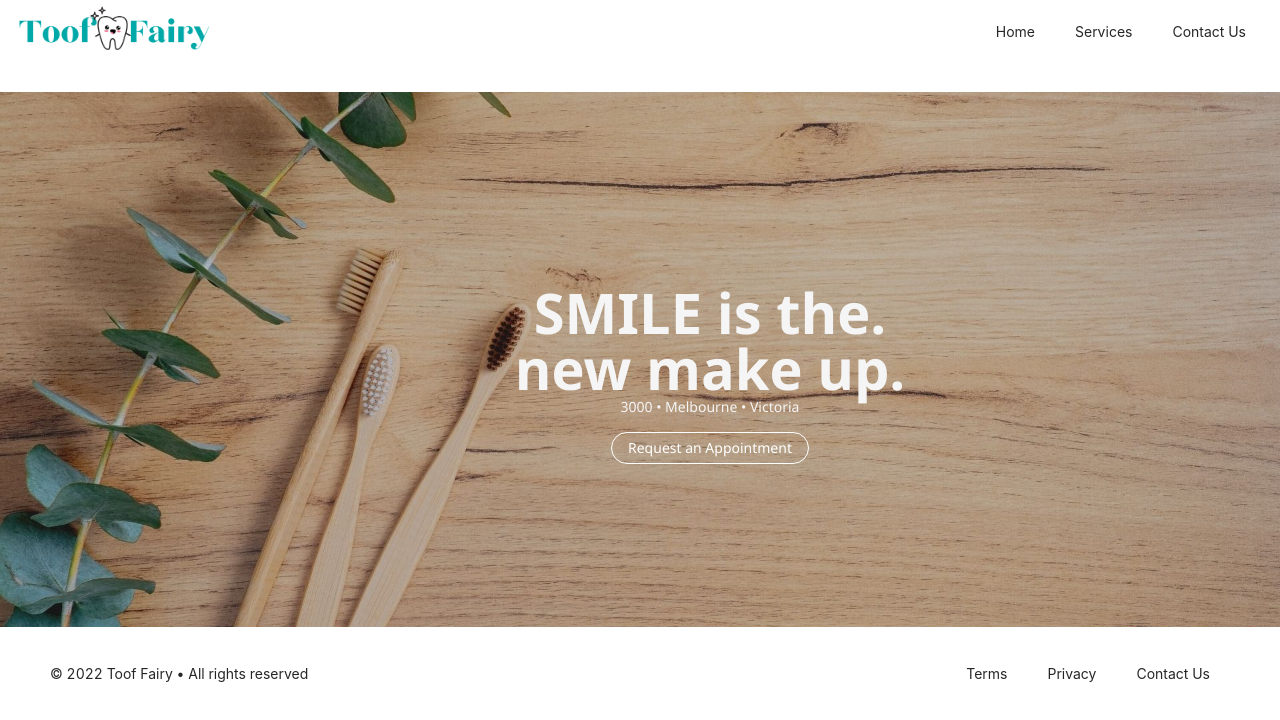
Repository: neldad1/dentist-app
Page: /
An editor plug-in stored every save of this project. The page is shown before and after the next save, followed by the edit.
The browser window is 1280 px wide. The pictures show the whole page.
The project was rebuilt for these pictures with package versions that can differ from the ones it lists, and the page was loaded fresh each time. Also part of the build but not shown: src/components/Contact.jsx, src/components/Services/ToofImg.jsx, src/components/Services/Cosmetic.jsx, src/components/Services/Restorative.jsx, src/components/Services/Preventative.jsx, src/components/Footer/Terms.jsx, src/components/Footer/Privacy.jsx.

Above is the page before, as saved 2022-03-10 14:56:33.

### public/index.html
<!DOCTYPE html>
<html lang="en">
  <head>
    <meta charset="utf-8" />
    <link rel="icon" href="%PUBLIC_URL%/favicon.svg" type="image/svg+xml">
    <meta name="viewport" content="width=device-width, initial-scale=1" />
    <meta name="theme-color" content="#000000" />
    <meta
      name="description"
      content="Web site created using create-react-app"
    />
    <link rel="apple-touch-icon" href="%PUBLIC_URL%/logo192.png" />
    <!--
      manifest.json provides metadata used when your web app is installed on a
      user's mobile device or desktop. See https://developers.google.com/web/fundamentals/web-app-manifest/
    -->
    <link rel="manifest" href="%PUBLIC_URL%/manifest.json" />
    <!--
      Notice the use of %PUBLIC_URL% in the tags above.
      It will be replaced with the URL of the `public` folder during the build.
      Only files inside the `public` folder can be referenced from the HTML.

      Unlike "/favicon.ico" or "favicon.ico", "%PUBLIC_URL%/favicon.ico" will
      work correctly both with client-side routing and a non-root public URL.
      Learn how to configure a non-root public URL by running `npm run build`.
    -->
    <title>React App</title>
  </head>
  <body>
    <noscript>You need to enable JavaScript to run this app.</noscript>
    <div id="root"></div>
    <!--
      This HTML file is a template.
      If you open it directly in the browser, you will see an empty page.

      You can add webfonts, meta tags, or analytics to this file.
      The build step will place the bundled scripts into the <body> tag.

      To begin the development, run `npm start` or `yarn start`.
      To create a production bundle, use `npm run build` or `yarn build`.
    -->
  </body>
</html>

### src/index.js
import React from 'react';
import ReactDOM from 'react-dom';
import './index.css';
import App from './App';
import reportWebVitals from './reportWebVitals';

ReactDOM.render(
  //<React.StrictMode>
  <App />,
  //</React.StrictMode>,
  document.getElementById('root')
);

// If you want to start measuring performance in your app, pass a function
// to log results (for example: reportWebVitals(console.log))
// or send to an analytics endpoint. Learn more: https://bit.ly/CRA-vitals
reportWebVitals();

### src/App.js
import { BrowserRouter } from 'react-router-dom';

import 'antd/dist/antd.min.css';
import './App.css';
import AppRoutes from './AppRoutes';
import { Layout } from 'antd';
import HeaderLogo from './components/Header/HeaderLogo';
import Navigation from './components/Header/Navigation';
import FooterMenu from './components/Footer/FooterMenu';
const { Header, Footer, Content } = Layout;

function App() {
  return (
    <BrowserRouter>
      <Layout className="layout">
        <Header className="header">
          <HeaderLogo />
          <Navigation />
        </Header>
        <Content>
          <AppRoutes />
        </Content>
        <Footer className="footer">
          <span>© 2022 Toof Fairy • All rights reserved </span>
          <FooterMenu />
        </Footer>
      </Layout>
    </BrowserRouter>
  );
}

export default App;

### src/App.css

h1 {
  font-size: 2.5em;
}

.layout {
  height: 100vh;
  width: 100vw;
  text-align: center;
  background: #fff;
}

.header {
  background: #fff;
  padding: 0 1em;
}

.menu {
  flex: 1;
  border: none;
  display: flex;
  align-items: center;
  justify-content: flex-end;
}

.logo {
  width: 200px;
  height: 50px;
  float: left;
  margin-top: 4px;
}

.footer {
  background: #fff;
  display: flex;
  align-items: center;
}

.intro-wrapper {
  text-align: center;
}

.home {
  width: 100%;
  height: 100%;
  margin: 2em 0;
  display: flex;
  justify-content: center;
  align-items: center;
  background-image: url('/public/tfBackground.jpg');
  background-size: cover;
  background-repeat: no-repeat;
}

.content-wrapper {
  width: 50%;
  font-family: 'Segoe UI', sans-serif;
  margin-left: 10em;
  color: whitesmoke;
  display: block;
}
.tagline1 {
  font-weight: bolder;
  font-size: 2em;
  margin: 0;
  line-height: 1;
}

.contact-form {
  text-align: left;
}

.main-content {
  height: 100%;
  width: 60%;
  overflow-y: scroll;
  display: block;
  margin: 2em auto;
}

.service-info {
  display: flex;
  text-align: left;
  margin-bottom: 1em;
  align-items: center;
}

.service-definition {
  margin-left: 1.5em;
}

@media screen and (max-width: 768px) {
  .main-content {
    width: 100%;
    margin: 0.5em;
  }
  .footer {
    display: block;
    padding: 1em 0 1em 0;
  }
  .menu {
    justify-content: center;
  }
  .content-wrapper {
    margin-left: 0;
  }
}

### src/AppRoutes.jsx
import { Route, Routes } from 'react-router-dom';
import Home from './components/Home';
import Contact from './components/Contact';
import Cosmetic from './components/Services/Cosmetic';
import Restorative from './components/Services/Restorative';
import Preventative from './components/Services/Preventative';
import Terms from './components/Footer/Terms';
import Privacy from './components/Footer/Privacy';

const AppRoutes = () => {
  return (
    <Routes>
      <Route exact path="/" element={<Home />} />
      <Route path="/cosmetic" element={<Cosmetic />} />
      <Route path="/restorative" element={<Restorative />} />
      <Route path="/preventative" element={<Preventative />} />
      <Route path="/contact" element={<Contact />} />
      <Route path="/terms" element={<Terms />} />
      <Route path="/privacy" element={<Privacy />} />
    </Routes>
  );
};

export default AppRoutes;

### src/components/Header/HeaderLogo.jsx
import { Link } from 'react-router-dom';

const HeaderLogo = () => {
  return (
    <Link to="/">
      <img className="logo" src={require('./tfLogo.png')} alt="TF" />
    </Link>
  );
};

export default HeaderLogo;

### src/components/Header/Navigation.jsx
import { Link } from 'react-router-dom';
import { Menu } from 'antd';
const { SubMenu } = Menu;

const Navigation = () => {
  return (
    <Menu mode="horizontal" className="menu">
      <Menu.Item key="home">
        <span>Home</span>
        <Link to="/" />
      </Menu.Item>
      <SubMenu key="subMenu" title="Services">
        <Menu.Item key="cosmetic">
          <span>Cosmetic</span>
          <Link to="/cosmetic" />
        </Menu.Item>
        <Menu.Item key="restore">
          <span>Restorative</span>
          <Link to="/restorative" />
        </Menu.Item>
        <Menu.Item key="prevent">
          <span>Preventative</span>
          <Link to="/preventative" />
        </Menu.Item>
      </SubMenu>
      <Menu.Item key="contact">
        <span>Contact Us</span>
        <Link to="/contact" />
      </Menu.Item>
    </Menu>
  );
};

export default Navigation;

### src/components/Footer/FooterMenu.js
import { Link } from 'react-router-dom';
import { Menu } from 'antd';

const FooterMenu = () => {
  return (
    <Menu mode="horizontal" className="menu">
      <Menu.Item key="terms">
        <span>Terms</span>
        <Link to="/terms" />
      </Menu.Item>
      <Menu.Item key="privacy">
        <span>Privacy</span>
        <Link to="/privacy" />
      </Menu.Item>
      <Menu.Item key="contact">
        <span>Contact Us</span>
        <Link to="/contact" />
      </Menu.Item>
    </Menu>
  );
};

export default FooterMenu;

### src/components/Home.jsx
import { Button } from 'antd';
import { Link } from 'react-router-dom';

const Home = () => {
  return (
    <div className="home">
      <div className="content-wrapper">
        <div className="tagline1">
          <p className="tagline1">SMILE is the.</p>
          <p className="tagline1">new make up.</p>
        </div>
        <p className="addr">3000 • Melbourne • Victoria</p>
        <Link to="/contact">
          <Button type="default" shape="round" ghost>
            Request an Appointment
          </Button>
        </Link>
      </div>
    </div>
  );
};

export default Home;

Loaded but not shown: src/index.css (common file); src/reportWebVitals.js (common file)

After the next save:
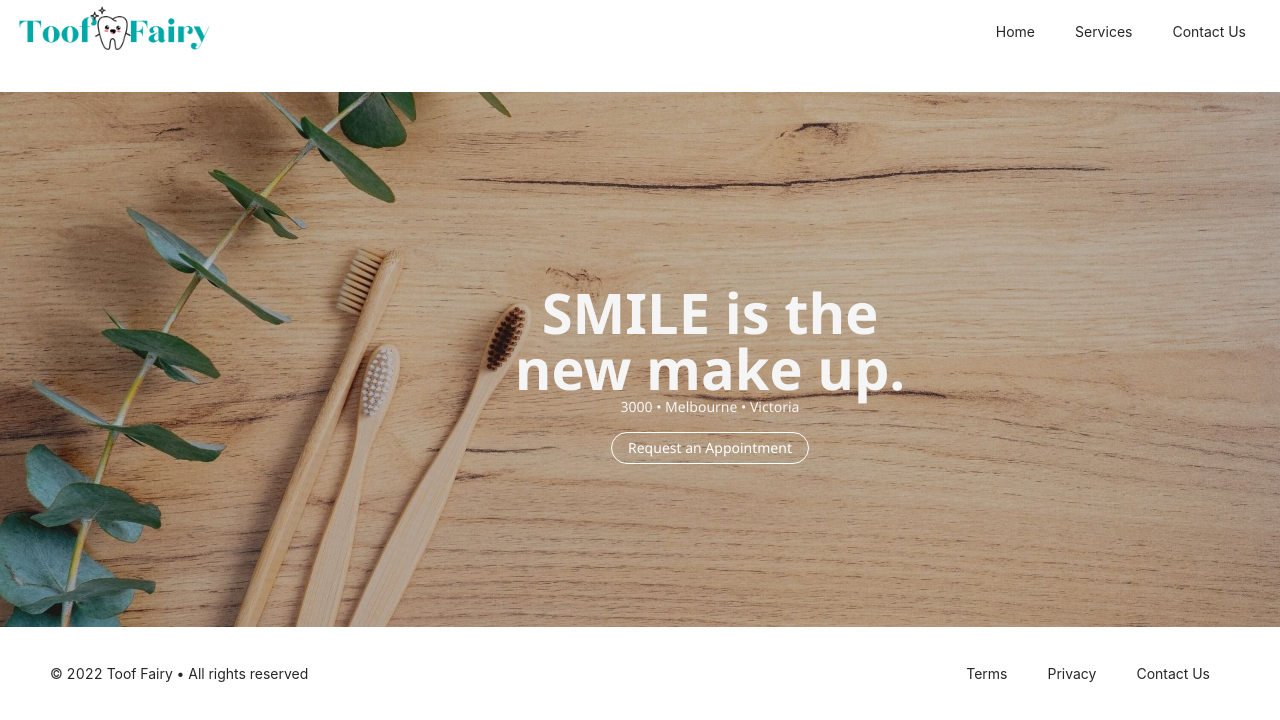
Saved 4 h 9 min later.
--- a/src/components/Home.jsx
+++ b/src/components/Home.jsx
@@ -6,7 +6,7 @@ const Home = () => {
     <div className="home">
       <div className="content-wrapper">
         <div className="tagline1">
-          <p className="tagline1">SMILE is the.</p>
+          <p className="tagline1">SMILE is the</p>
           <p className="tagline1">new make up.</p>
         </div>
         <p className="addr">3000 • Melbourne • Victoria</p>
